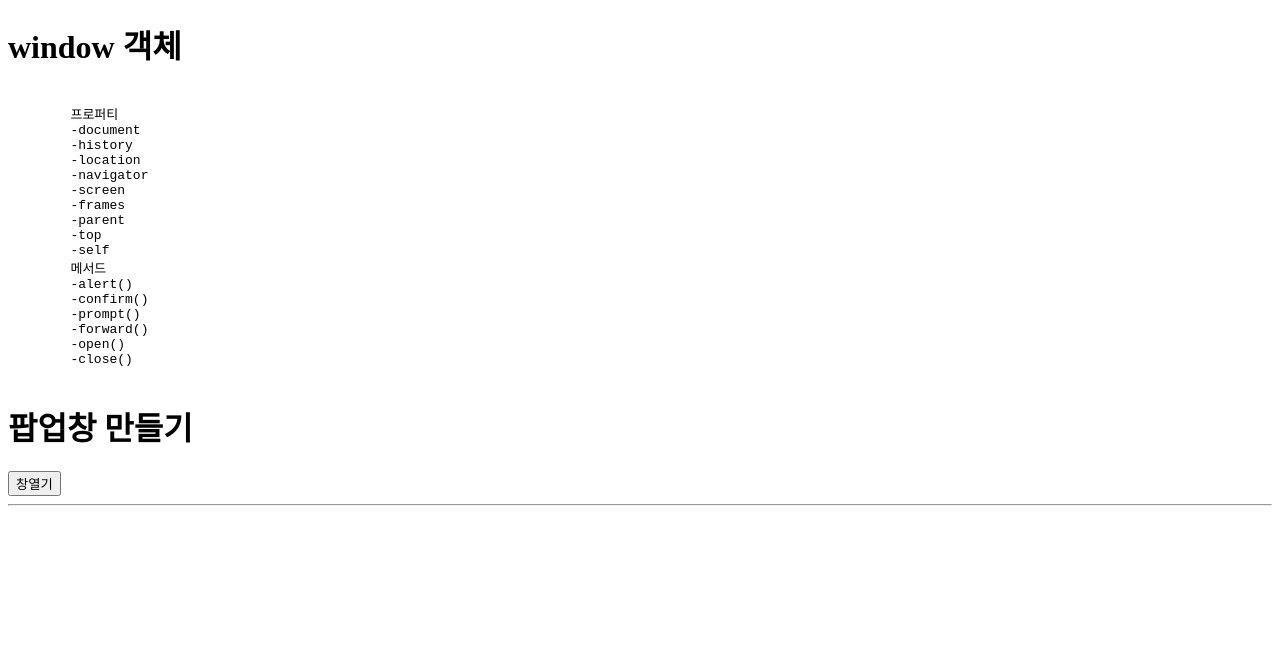
Repository: leedh909/Academy-web-
Page: 실습자료/JS(eclipse)/eclipse-js/JavaScript/WebContent/js13_window01.html
These files come from the project's save history. The page is drawn as it stood at one moment and after the next save; the edit follows.
The browser window is 1280 px wide. The pictures show the whole page.

Above is the page before, as saved 2020-06-15 04:25:54.

After the next save:
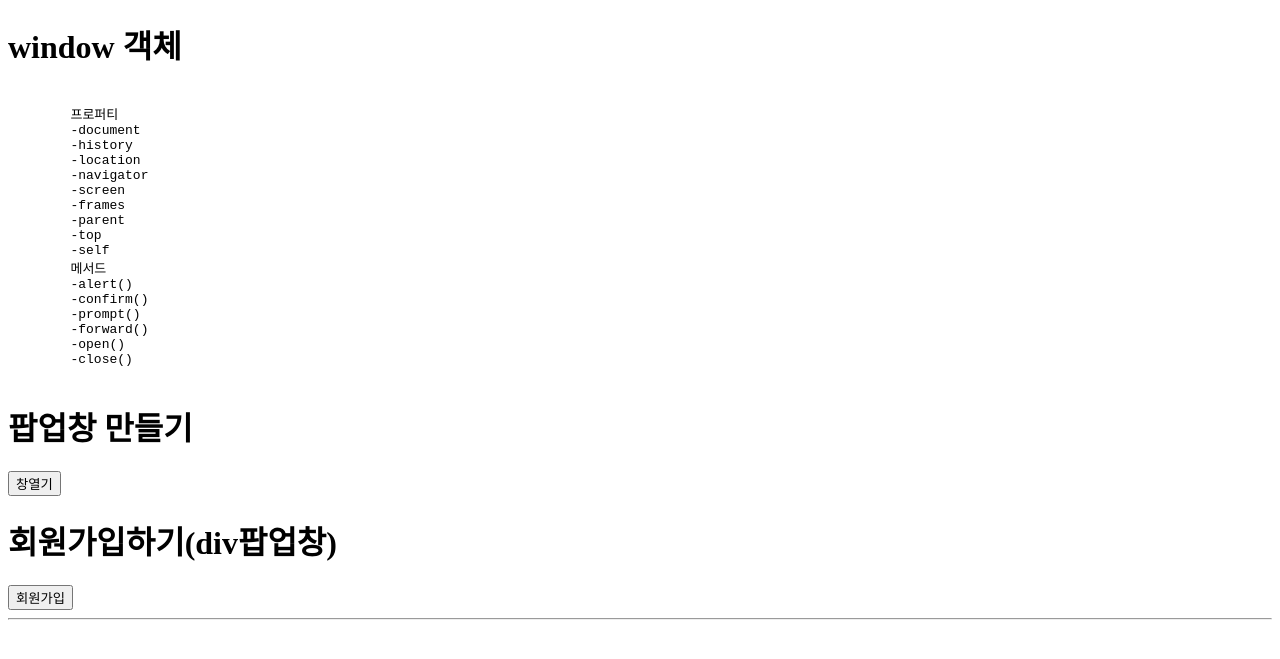
Saved 3 min 40 s later.
--- a/실습자료/JS(eclipse)/eclipse-js/JavaScript/WebContent/js13_window01.html
+++ b/실습자료/JS(eclipse)/eclipse-js/JavaScript/WebContent/js13_window01.html
@@ -50,6 +50,8 @@
 		<h1>팝업창 만들기</h1>
 		<button onclick="openWin();" name="btn">창열기</button>
 		<div id="tt"></div>
+		<h1>회원가입하기(div팝업창)</h1>
+		<button onclick="resgistForm();">회원가입</button>
 
 	</div>
 	<hr>
